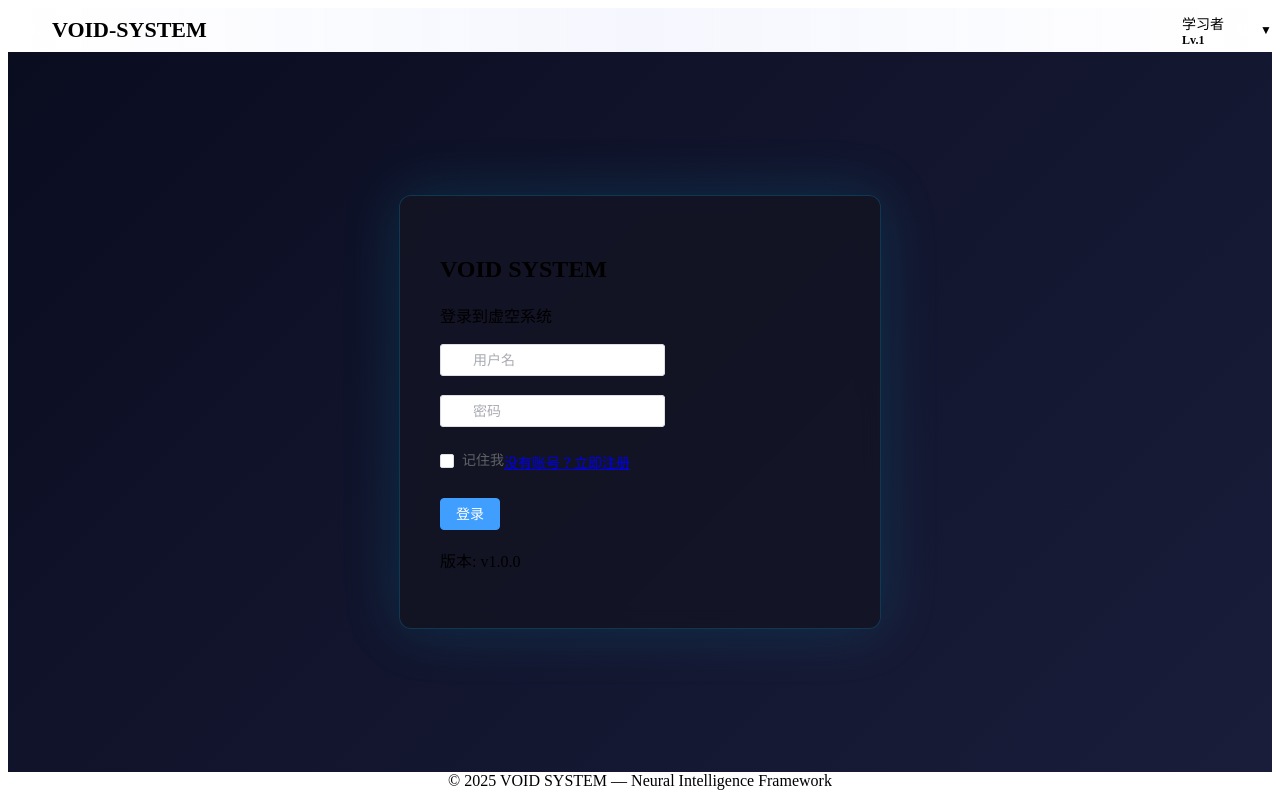
Repository: Void-Creator-Deity/Void-System
Page: /settings (app in void-system-frontend/)
The author's editor kept a copy of each file at every save. The page is drawn from the files as they stood at one save, then again after the next save.
The browser window is 1280 px wide. The pictures show the whole page.
The project was rebuilt for these pictures with package versions that can differ from the ones it lists, and the page was loaded fresh each time. Also part of the build but not shown: void-system-frontend/vite.config.js.

Above is the page before, as saved 2025-11-20 21:48:36.

### void-system-frontend/index.html
<!doctype html>
<html lang="en">
  <head>
    <meta charset="UTF-8" />
    <link rel="icon" type="image/svg+xml" href="/vite.svg" />
    <meta name="viewport" content="width=device-width, initial-scale=1.0" />
    <title>void-system-frontend</title>
  </head>
  <body>
    <div id="app"></div>
    <script type="module" src="/src/main.js"></script>
  </body>
</html>

### void-system-frontend/src/App.vue
<template>
  <div id="app">
    <!-- 加载遮罩 -->
    <div v-if="isLoading" class="loading-overlay">
      <div class="loading"></div>
      <div class="loading-text">系统初始化中...</div>
    </div>

    <!-- 系统顶栏 -->
    <header class="header">
      <div class="container header-container">
        <div class="logo-area flex items-center gap-md">
          <div class="logo">
            <span class="logo-symbol">⟩</span>
          </div>
          <h1 class="system-title">
            <span class="title-void-system">VOID-SYSTEM</span>
          </h1>
        </div>
        <!-- 桌面端导航 -->
        <nav class="nav-links flex gap-md">
          <NavItem to="/" icon="🏠">系统终端</NavItem>
          <NavItem to="/ai" icon="⌨️">系统精灵</NavItem>
          <NavItem to="/advisor" icon="🧠">任务系统</NavItem>
          <NavItem to="/qa" icon="❓">虚空知识库</NavItem>
          <NavItem to="/settings" icon="⚙️">系统设置</NavItem>
        </nav>

        <!-- 移动端菜单按钮 -->
        <button class="mobile-menu-btn" @click="toggleMobileMenu">
          <span class="menu-icon">☰</span>
        </button>

        <!-- 用户信息 -->
        <div class="user-area flex items-center gap-md">

          <!-- 用户信息 -->
          <div class="user-profile flex items-center gap-sm">
            <div class="user-details">
              <div class="user-name">{{ userName }}</div>
              <div class="user-level">Lv.{{ userLevel }}</div>
            </div>
            <div class="user-avatar">
              <span>{{ userAvatar }}</span>
            </div>
            <button class="user-menu-btn" @click="toggleUserMenu">
              <span>▼</span>
            </button>
          </div>

          <!-- 用户下拉菜单 -->
          <div v-if="showUserMenu" class="user-dropdown">
            <div class="dropdown-item" @click="goToProfile">个人资料</div>
            <div class="dropdown-item" @click="goToSettings">系统设置</div>
            <div class="dropdown-item logout" @click="logout">退出登录</div>
          </div>
        </div>
      </div>
    </header>

    <!-- 主界面内容区 -->
    <main class="main">
      <div class="container">
        <RouterView />
      </div>
    </main>

    <!-- 底部系统信息栏 -->
    <footer class="footer">
      <div class="container">
        <div class="system-info">
          <div class="copyright text-center text-sm text-muted">
            © {{ new Date().getFullYear() }} VOID SYSTEM — Neural Intelligence Framework
          </div>
        </div>
      </div>
    </footer>
  </div>
</template>

<script setup>
import { RouterLink, RouterView, useRouter } from 'vue-router'
import { ref } from 'vue'

// 导航项组件
import { h } from 'vue'
const router = useRouter()

// 状态管理
const isLoading = ref(false)
const showUserMenu = ref(false)
const userName = ref('学习者')
const userLevel = ref(1)
const userAvatar = ref('U')
const currentTheme = ref('default')

// 可用主题列表
const themes = [
  { id: 'default', name: '默认主题', color: '#4361ee' },
  { id: 'dark', name: '暗色主题', color: '#1e3a8a' }
]

// 导航项组件增强
const NavItem = (props, { slots }) => {
  return h(RouterLink,
    {
      to: props.to,
      class: 'nav-item',
      custom: true,
      vSlots: {
        default: ({ isActive }) => h('div',
          {
            class: ['nav-link', isActive ? 'active' : ''],
            onClick: () => props.onClick && props.onClick()
          },
          [
            h('span', { class: 'nav-icon' }, props.icon),
            h('span', { class: 'nav-text' }, slots.default()),
            isActive ? h('div', { class: 'nav-indicator' }) : null
          ]
        )
      }
    }
  )
}
NavItem.props = ['to', 'icon', 'onClick']

const toggleUserMenu = () => {
  showUserMenu.value = !showUserMenu.value
}

const goToProfile = () => {
  showUserMenu.value = false
  // 跳转到个人资料页面
}

const goToSettings = () => {
  showUserMenu.value = false
  router.push('/settings')
}

const logout = () => {
  showUserMenu.value = false
  // 处理退出登录逻辑
  router.push('/login')
}
</script>

<style scoped>
/* 加载遮罩 */
  .loading-overlay {
    position: fixed;
    top: 0;
    left: 0;
    right: 0;
    bottom: 0;
    background-color: var(--color-bg-primary);
    display: flex;
    flex-direction: column;
    align-items: center;
    justify-content: center;
    gap: var(--spacing-lg);
    z-index: 9999;
  }

  .loading {
    width: 60px;
    height: 60px;
    border: 4px solid var(--color-bg-tertiary);
    border-top-color: var(--color-primary);
    border-radius: 50%;
    animation: spin 1s linear infinite;
  }

  .loading-text {
    color: var(--color-text-primary);
    font-weight: 600;
    font-size: 1.125rem;
    color: var(--color-primary);
  }
/* 主题切换器 */
  .theme-switcher {
    position: fixed;
    top: var(--spacing-lg);
    right: var(--spacing-lg);
    z-index: 100;
    display: flex;
    gap: var(--spacing-sm);
    background-color: var(--color-bg-secondary);
    border: 1px solid var(--color-border-light);
    border-radius: var(--radius-lg);
    padding: var(--spacing-xs);
  }

  .theme-btn {
    display: flex;
    align-items: center;
    gap: var(--spacing-xs);
    padding: var(--spacing-xs) var(--spacing-sm);
    border: 1px solid transparent;
    border-radius: var(--radius-md);
    background: transparent;
    color: var(--color-text-primary);
    cursor: pointer;
    transition: all var(--transition-fast);
  }

  .theme-btn:hover {
    background-color: var(--color-bg-tertiary);
  }

  .theme-btn.active {
    background-color: var(--color-bg-tertiary);
    border-color: var(--color-primary);
  }

.theme-dot {
  width: 14px;
  height: 14px;
  border-radius: 50%;
  background-color: var(--theme-color);
  box-shadow: 0 0 8px var(--theme-color);
}

.theme-name {
  font-size: 0.875rem;
  font-weight: 500;
}

/* 顶栏样式 - 游戏化界面 */
.header {
  /* 顶栏容器布局 */
  .header-container {
    display: flex;
    align-items: center;
    justify-content: space-between;
  }
  background-color: var(--color-bg-primary);
  background-image: linear-gradient(to right, transparent, rgba(67, 97, 238, 0.05), transparent);
  border-bottom: 1px solid var(--color-border-light);
  padding: var(--spacing-md) 0;
  position: sticky;
  top: 0;
  z-index: 100;
  backdrop-filter: blur(10px);
}

/* 顶栏样式 */
  .header {
    background-color: var(--color-bg-primary);
    border-bottom: 1px solid var(--color-border-light);
    padding: var(--spacing-md) 0;
    position: sticky;
    top: 0;
    z-index: 100;
  }

  .logo-area {
    display: flex;
    align-items: center;
    gap: var(--spacing-md);
  }

  .logo {
    width: 44px;
    height: 44px;
    border-radius: var(--radius-md);
    background: linear-gradient(135deg, var(--color-primary), var(--color-primary-dark));
    display: flex;
    align-items: center;
    justify-content: center;
    color: white;
    font-size: 1.625rem;
    font-weight: bold;
  }

  .system-title {
    font-size: 1.375rem;
    font-weight: 700;
    display: flex;
    gap: var(--spacing-xs);
    margin: 0;
  }
  .title-void-system {
    color: var(--color-text-secondary);
    font-weight: 600;
  }

/* 导航样式 */
  .nav-links {
    display: flex;
    gap: var(--spacing-sm);
  }

  .nav-link {
    display: flex;
    align-items: center;
    gap: var(--spacing-xs);
    padding: var(--spacing-sm) var(--spacing-md);
    color: var(--color-text-secondary);
    text-decoration: none;
    border-radius: var(--radius-md);
    transition: all var(--transition-fast);
  }

  .nav-link:hover {
    background-color: var(--color-bg-secondary);
    color: var(--color-text-primary);
  }

  .nav-link.active {
    color: var(--color-primary);
    background-color: rgba(67, 97, 238, 0.08);
  }

  .nav-link.active .nav-indicator {
    position: absolute;
    bottom: 0;
    left: 0;
    width: 100%;
    height: 2px;
    background: var(--color-primary);
    border-radius: var(--radius-full);
  }

  .nav-icon {
    font-size: 1.25rem;
  }

.nav-text {
  font-weight: 500;
}

/* 用户区域 */
  .user-area {
    display: flex;
    align-items: center;
    gap: var(--spacing-md);
  }

  .notification-btn {
    position: relative;
    background: transparent;
    border: none;
    font-size: 1.25rem;
    cursor: pointer;
    padding: var(--spacing-sm);
    border-radius: var(--radius-md);
    transition: all var(--transition-fast);
  }

  .notification-btn:hover {
    background-color: var(--color-bg-secondary);
  }

.notification-badge {
    position: absolute;
    top: 2px;
    right: 2px;
    min-width: 18px;
    height: 18px;
    padding: 0 5px;
    background: var(--color-error);
    color: white;
    font-size: 0.75rem;
    font-weight: 600;
    border-radius: 9px;
    display: flex;
    align-items: center;
    justify-content: center;
  }

.user-profile {
    display: flex;
    align-items: center;
    gap: var(--spacing-sm);
    padding: var(--spacing-xs);
    border-radius: var(--radius-md);
    cursor: pointer;
    transition: all var(--transition-fast);
  }

  .user-profile:hover {
    background-color: var(--color-bg-secondary);
  }

  .user-details {
    display: flex;
    flex-direction: column;
  }

  .user-name {
    font-weight: 500;
    color: var(--color-text-primary);
    font-size: 0.875rem;
  }

  .user-level {
    font-size: 0.75rem;
    color: var(--color-primary);
    font-weight: 600;
  }

  .user-avatar {
    width: 36px;
    height: 36px;
    border-radius: 50%;
    background: linear-gradient(135deg, var(--color-primary), var(--color-secondary));
    color: white;
    display: flex;
    align-items: center;
    justify-content: center;
    font-weight: 600;
    font-size: 1rem;
  }

.user-menu-btn {
  background: transparent;
  border: none;
  font-size: 0.75rem;
  color: var(--color-text-muted);
  cursor: pointer;
  padding: var(--spacing-xs);
  transition: all var(--transition-fast);
}

.user-menu-btn:hover {
  color: var(--color-text-primary);
  transform: translateY(1px);
}

/* 用户下拉菜单 */
  .user-dropdown {
    position: absolute;
    top: calc(100% + var(--spacing-sm));
    right: var(--spacing-md);
    background-color: var(--color-bg-secondary);
    border: 1px solid var(--color-border-light);
    border-radius: var(--radius-lg);
    box-shadow: var(--shadow-lg);
    padding: var(--spacing-xs) 0;
    min-width: 180px;
    z-index: 101;
  }

  .user-dropdown::before {
    content: '';
    position: absolute;
    top: 0;
    left: 0;
    right: 0;
    height: 2px;
    background: var(--color-primary);
  }

  .dropdown-item {
    padding: var(--spacing-sm) var(--spacing-md);
    color: var(--color-text-primary);
    cursor: pointer;
    transition: all var(--transition-fast);
    font-size: 0.875rem;
  }

  .dropdown-item:hover {
    background-color: var(--color-bg-tertiary);
  }

.dropdown-divider {
  height: 1px;
  background-color: var(--color-border);
  margin: var(--spacing-xs) 0;
}

.dropdown-item.logout {
  color: var(--color-error);
  font-weight: 500;
}

.dropdown-item.logout:hover {
  background-color: rgba(239, 68, 68, 0.1);
}

/* 移动端菜单按钮 */
.mobile-menu-btn {
  display: none;
  background: transparent;
  border: none;
  font-size: 1.5rem;
  cursor: pointer;
  padding: var(--spacing-sm);
  border-radius: var(--radius-md);
  transition: background-color var(--transition-fast);
}

.mobile-menu-btn:hover {
  background-color: var(--color-bg-secondary);
}

/* 主内容区 */
  .main {
    flex: 1;
    padding: var(--spacing-xl) 0;
    background-color: var(--color-bg-primary);
  }

/* 底部样式 */
  .footer {
    background-color: var(--color-bg-primary);
    border-top: 1px solid var(--color-border-light);
    padding: var(--spacing-lg) 0;
  }

.system-info {
  text-align: center;
}

/* 数据卡片样式 */
  .stat-card {
    background-color: var(--color-bg-secondary);
    border: 1px solid var(--color-border-light);
    border-radius: var(--radius-lg);
    padding: var(--spacing-lg);
    transition: all var(--transition-normal);
    box-shadow: var(--shadow-md);
  }

  .stat-card::before {
    content: '';
    position: absolute;
    top: 0;
    left: 0;
    right: 0;
    height: 3px;
    background: var(--color-primary);
  }

  .stat-card:hover {
    transform: translateY(-2px);
    box-shadow: var(--shadow-lg);
  }

.stat-icon {
  width: 48px;
  height: 48px;
  border-radius: var(--radius-md);
  background: linear-gradient(135deg, var(--color-primary-light), var(--color-primary));
  display: flex;
  align-items: center;
  justify-content: center;
  font-size: 1.5rem;
  color: white;
  box-shadow: 0 0 15px rgba(67, 97, 238, 0.2);
  margin-bottom: var(--spacing-md);
}

.stat-value {
  font-size: 1.75rem;
  font-weight: 700;
  color: var(--color-text-primary);
  margin-bottom: var(--spacing-xs);
}

.stat-label {
  font-size: 0.875rem;
  color: var(--color-text-secondary);
}

.stat-change {
  font-size: 0.75rem;
  font-weight: 500;
  padding: 2px 6px;
  border-radius: var(--radius-sm);
  display: inline-flex;
  align-items: center;
  gap: 2px;
}

.stat-change.positive {
  background-color: rgba(34, 197, 94, 0.1);
  color: var(--color-success);
}

.stat-change.negative {
  background-color: rgba(239, 68, 68, 0.1);
  color: var(--color-error);
}

/* 移动端导航覆盖 */
  .mobile-nav-overlay {
    position: fixed;
    top: 0;
    left: 0;
    right: 0;
    bottom: 0;
    background-color: rgba(0, 0, 0, 0.5);
    z-index: 200;
    display: flex;
    align-items: center;
    justify-content: center;
  }

  .mobile-nav {
    background-color: var(--color-bg-primary);
    border-radius: var(--radius-lg);
    padding: var(--spacing-lg);
    width: 90%;
    max-width: 400px;
    max-height: 80vh;
    overflow-y: auto;
  }

.mobile-close-btn {
  position: absolute;
  top: var(--spacing-md);
  right: var(--spacing-md);
  background: transparent;
  border: none;
  font-size: 1.5rem;
  cursor: pointer;
  padding: var(--spacing-xs);
  border-radius: var(--radius-md);
  transition: background-color var(--transition-fast);
}

.mobile-close-btn:hover {
  background-color: var(--color-bg-secondary);
}

.mobile-nav-links {
  margin-top: var(--spacing-lg);
}

.mobile-nav-links .nav-link {
  padding: var(--spacing-md);
  font-size: 1.125rem;
}

/* 基础样式优化 */
  html {
    scroll-behavior: smooth;
  }

  ::selection {
    background-color: rgba(67, 97, 238, 0.2);
    color: var(--color-primary);
  }

  button:focus,
  a:focus,
  input:focus,
  textarea:focus,
  select:focus {
    outline: 2px solid var(--color-primary);
    outline-offset: 2px;
  }
</style>

Loaded but not shown: void-system-frontend/src/api/user.js (71 lines, source omitted); void-system-frontend/src/router/index.js (83 lines, source omitted); void-system-frontend/src/main.js (19 lines, source omitted); void-system-frontend/src/api/index.js (11 lines, source omitted); void-system-frontend/src/pages/Login.vue (147 lines, source omitted)

After the next save:
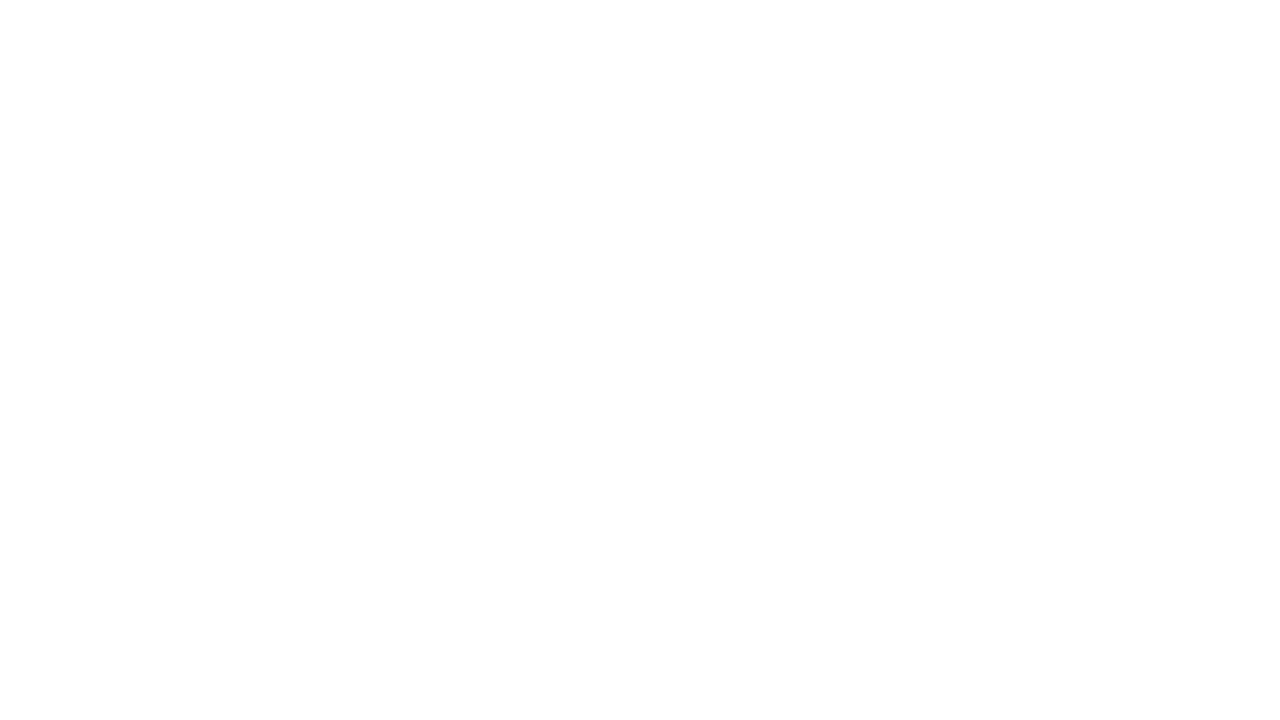
Console error: ReferenceError: onMounted is not defined
Saved 5 min 14 s later.
--- a/void-system-frontend/src/App.vue
+++ b/void-system-frontend/src/App.vue
@@ -26,6 +26,12 @@
           <NavItem to="/settings" icon="⚙️">系统设置</NavItem>
         </nav>
 
+        <!-- 用户认证状态显示 -->
+        <div v-if="!isAuthenticated && !isLoading" class="auth-status">
+          <RouterLink to="/login" class="auth-link">登录</RouterLink>
+          <RouterLink to="/register" class="auth-link">注册</RouterLink>
+        </div>
+
         <!-- 移动端菜单按钮 -->
         <button class="mobile-menu-btn" @click="toggleMobileMenu">
           <span class="menu-icon">☰</span>
@@ -89,17 +95,9 @@
 // 状态管理
 const isLoading = ref(false)
 const showUserMenu = ref(false)
-const userName = ref('学习者')
+const userName = ref('')
 const userLevel = ref(1)
 const userAvatar = ref('U')
-const currentTheme = ref('default')
-
-// 可用主题列表
-const themes = [
-  { id: 'default', name: '默认主题', color: '#4361ee' },
-  { id: 'dark', name: '暗色主题', color: '#1e3a8a' }
-]
-
 // 导航项组件增强
 const NavItem = (props, { slots }) => {
   return h(RouterLink,
@@ -125,6 +123,43 @@
 }
 NavItem.props = ['to', 'icon', 'onClick']
 
+// 获取用户信息
+const loadUserInfo = async () => {
+  try {
+    if (!isLoggedIn()) {
+      // 如果没有登录，跳转到登录页
+      router.push('/login')
+      return
+    }
+
+    // 先尝试从本地存储获取用户信息
+    const cachedUserInfo = getUserInfo()
+    if (cachedUserInfo) {
+      updateUserInfo(cachedUserInfo)
+    }
+
+    // 从后端获取最新的用户信息
+    const userData = await getCurrentUser()
+    updateUserInfo(userData)
+    isAuthenticated.value = true
+  } catch (error) {
+    console.error('获取用户信息失败:', error)
+    // 如果获取失败，清理本地存储并跳转到登录页
+    logoutAPI()
+    router.push('/login')
+  } finally {
+    isLoading.value = false
+  }
+}
+
+// 更新用户信息
+const updateUserInfo = (userData) => {
+  userName.value = userData.username || userData.userName || '用户'
+  userLevel.value = userData.level || userData.userLevel || 1
+  // 生成头像文字（用户名的第一个字符）
+  userAvatar.value = userName.value.charAt(0).toUpperCase()
+}
+
 const toggleUserMenu = () => {
   showUserMenu.value = !showUserMenu.value
 }
@@ -132,6 +167,7 @@
 const goToProfile = () => {
   showUserMenu.value = false
   // 跳转到个人资料页面
+  router.push('/profile')
 }
 
 const goToSettings = () => {
@@ -139,11 +175,24 @@
   router.push('/settings')
 }
 
-const logout = () => {
+const logout = async () => {
   showUserMenu.value = false
-  // 处理退出登录逻辑
-  router.push('/login')
-}
+  try {
+    // 调用退出登录API
+    await logoutAPI()
+    // 跳转到登录页
+    router.push('/login')
+  } catch (error) {
+    console.error('退出登录失败:', error)
+    // 即使失败也清理本地存储并跳转
+    router.push('/login')
+  }
+}
+
+// 组件挂载时加载用户信息
+onMounted(() => {
+  loadUserInfo()
+})
 </script>
 
 <style scoped>

After the 2 saves that followed:
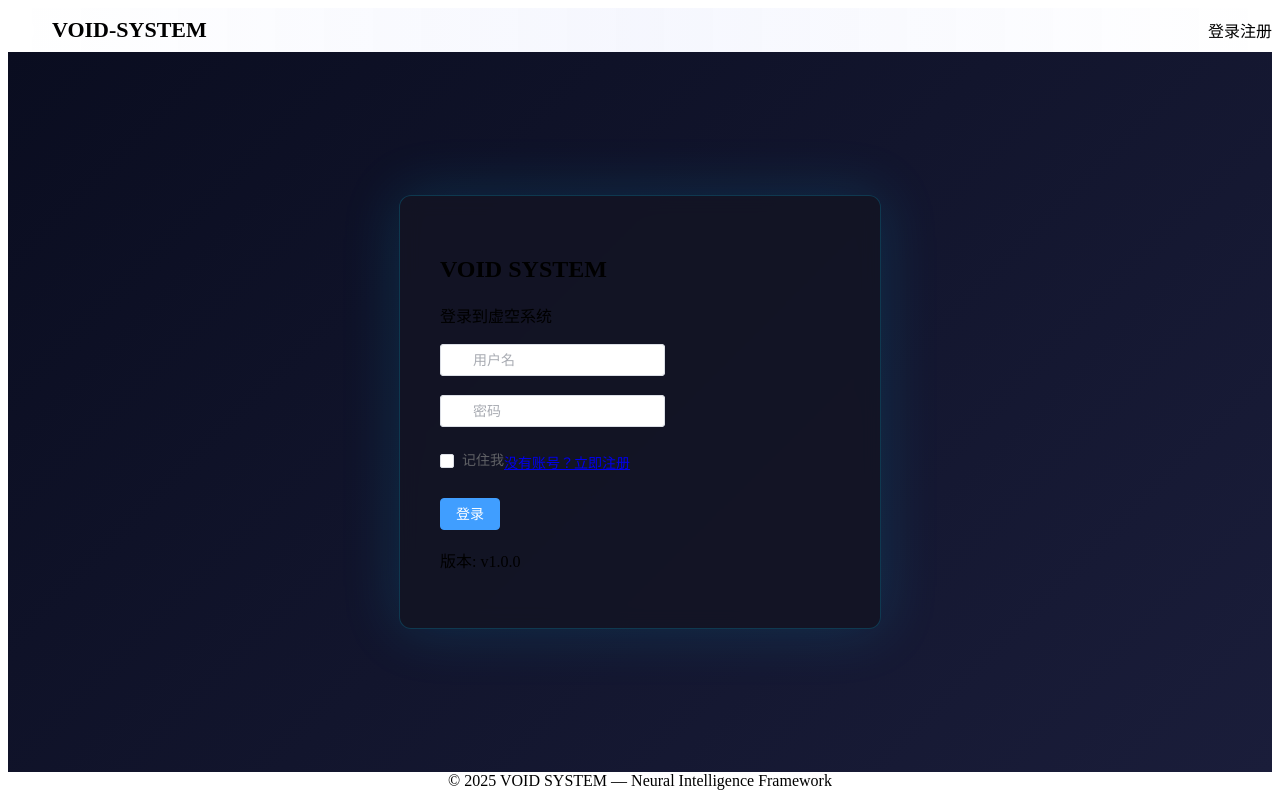
The error is gone.
The 2 saves are shown as one change because 1 left the picture as it was.
The last was saved 74 s later.
--- a/void-system-frontend/src/App.vue
+++ b/void-system-frontend/src/App.vue
@@ -38,7 +38,7 @@
         </button>
 
         <!-- 用户信息 -->
-        <div class="user-area flex items-center gap-md">
+        <div v-if="isAuthenticated" class="user-area flex items-center gap-md">
 
           <!-- 用户信息 -->
           <div class="user-profile flex items-center gap-sm">
@@ -86,7 +86,7 @@
 
 <script setup>
 import { RouterLink, RouterView, useRouter } from 'vue-router'
-import { ref } from 'vue'
+import { ref, onMounted } from 'vue'
 
 // 导航项组件
 import { h } from 'vue'
@@ -98,6 +98,7 @@
 const userName = ref('')
 const userLevel = ref(1)
 const userAvatar = ref('U')
+const isAuthenticated = ref(false)
 // 导航项组件增强
 const NavItem = (props, { slots }) => {
   return h(RouterLink,
@@ -126,27 +127,32 @@
 // 获取用户信息
 const loadUserInfo = async () => {
   try {
-    if (!isLoggedIn()) {
-      // 如果没有登录，跳转到登录页
-      router.push('/login')
+    // 检查本地存储中是否有token
+    const token = localStorage.getItem('access_token')
+    if (!token) {
+      // 如果没有登录，设置isAuthenticated为false并结束加载
+      isAuthenticated.value = false
       return
     }
 
     // 先尝试从本地存储获取用户信息
-    const cachedUserInfo = getUserInfo()
-    if (cachedUserInfo) {
-      updateUserInfo(cachedUserInfo)
+    const userInfoStr = localStorage.getItem('user_info')
+    if (userInfoStr) {
+      try {
+        const cachedUserInfo = JSON.parse(userInfoStr)
+        updateUserInfo(cachedUserInfo)
+        isAuthenticated.value = true
+      } catch (parseError) {
+        console.error('解析用户信息失败:', parseError)
+      }
     }
 
-    // 从后端获取最新的用户信息
-    const userData = await getCurrentUser()
-    updateUserInfo(userData)
+    // 设置为已认证状态
     isAuthenticated.value = true
   } catch (error) {
     console.error('获取用户信息失败:', error)
-    // 如果获取失败，清理本地存储并跳转到登录页
-    logoutAPI()
-    router.push('/login')
+    // 设置为未认证状态
+    isAuthenticated.value = false
   } finally {
     isLoading.value = false
   }
@@ -160,8 +166,8 @@
   userAvatar.value = userName.value.charAt(0).toUpperCase()
 }
 
-const toggleUserMenu = () => {
-  showUserMenu.value = !showUserMenu.value
+const toggleMobileMenu = () => {
+  // 这里可以实现移动端菜单的切换逻辑
 }
 
 const goToProfile = () => {
@@ -175,16 +181,19 @@
   router.push('/settings')
 }
 
-const logout = async () => {
+const logout = () => {
   showUserMenu.value = false
   try {
-    // 调用退出登录API
-    await logoutAPI()
+    // 清理本地存储
+    localStorage.removeItem('access_token')
+    localStorage.removeItem('user_info')
+    // 设置为未认证状态
+    isAuthenticated.value = false
     // 跳转到登录页
     router.push('/login')
   } catch (error) {
     console.error('退出登录失败:', error)
-    // 即使失败也清理本地存储并跳转
+    // 即使失败也跳转
     router.push('/login')
   }
 }
@@ -385,6 +394,26 @@
     display: flex;
     align-items: center;
     gap: var(--spacing-md);
+  }
+
+  /* 认证状态区域 */
+  .auth-status {
+    display: flex;
+    align-items: center;
+    gap: var(--spacing-md);
+  }
+
+  .auth-link {
+    padding: var(--spacing-sm) var(--spacing-md);
+    color: var(--color-text-primary);
+    text-decoration: none;
+    border-radius: var(--radius-md);
+    font-weight: 500;
+    transition: all var(--transition-fast);
+  }
+
+  .auth-link:hover {
+    background-color: var(--color-bg-secondary);
   }
 
   .notification-btn {
@@ -530,16 +559,16 @@
 }
 
 /* 移动端菜单按钮 */
-.mobile-menu-btn {
-  display: none;
-  background: transparent;
-  border: none;
-  font-size: 1.5rem;
-  cursor: pointer;
-  padding: var(--spacing-sm);
-  border-radius: var(--radius-md);
-  transition: background-color var(--transition-fast);
-}
+  .mobile-menu-btn {
+    display: none;
+    background: transparent;
+    border: none;
+    font-size: 1.5rem;
+    cursor: pointer;
+    padding: var(--spacing-sm);
+    border-radius: var(--radius-md);
+    transition: background-color var(--transition-fast);
+  }
 
 .mobile-menu-btn:hover {
   background-color: var(--color-bg-secondary);
